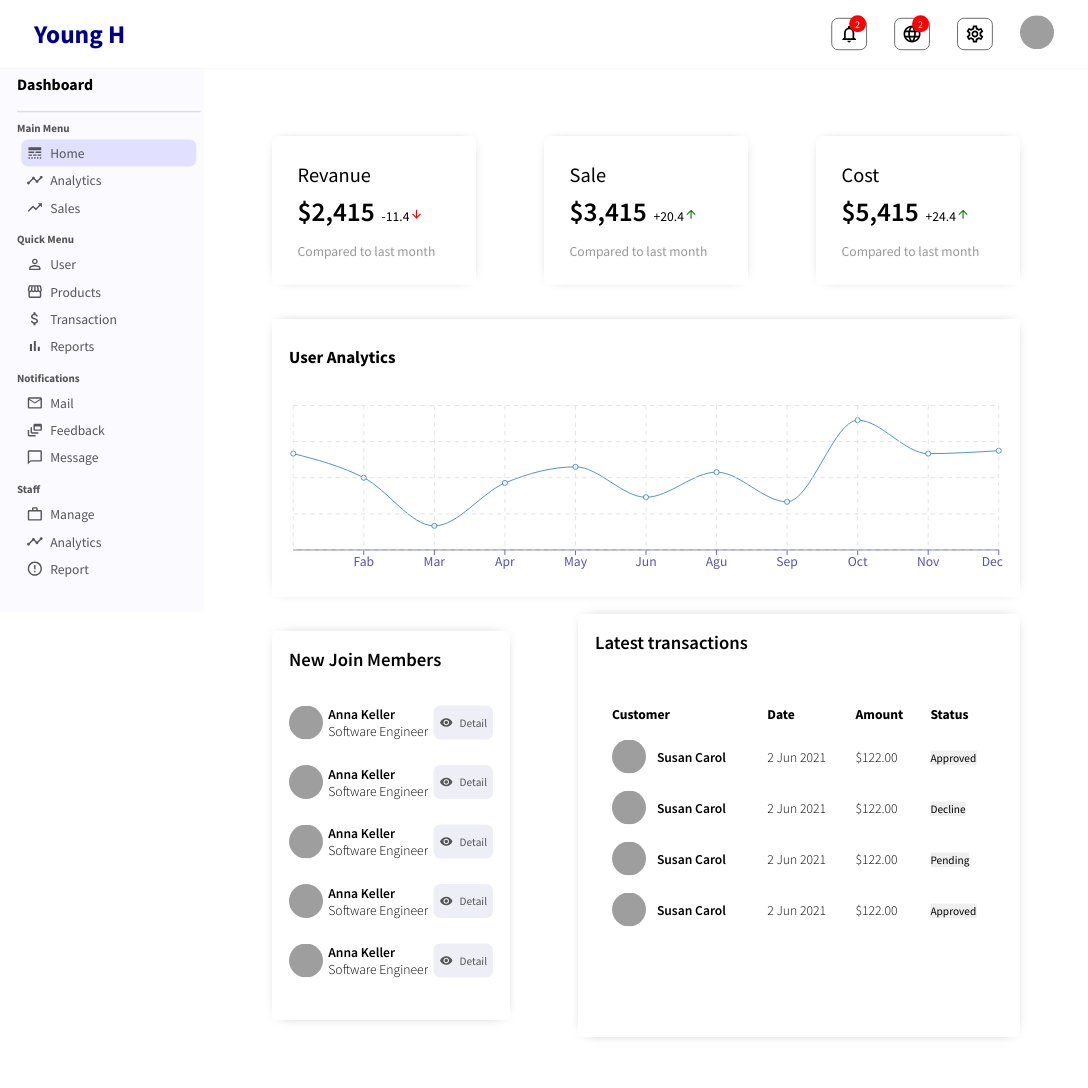
Repository: noname20011/admin
Page: /
An editor plug-in stored every save of this project. The page is shown before and after the next save, followed by the edit.
The browser window is 1280 px wide. The pictures show the whole page, at 85% of full size.
Pictures or frames that could not be fetched are drawn as grey boxes. The project was rebuilt for these pictures with package versions that can differ from the ones it lists, and the page was loaded fresh each time.

Above is the page before, as saved 2021-11-14 09:17:28.

After the next save:
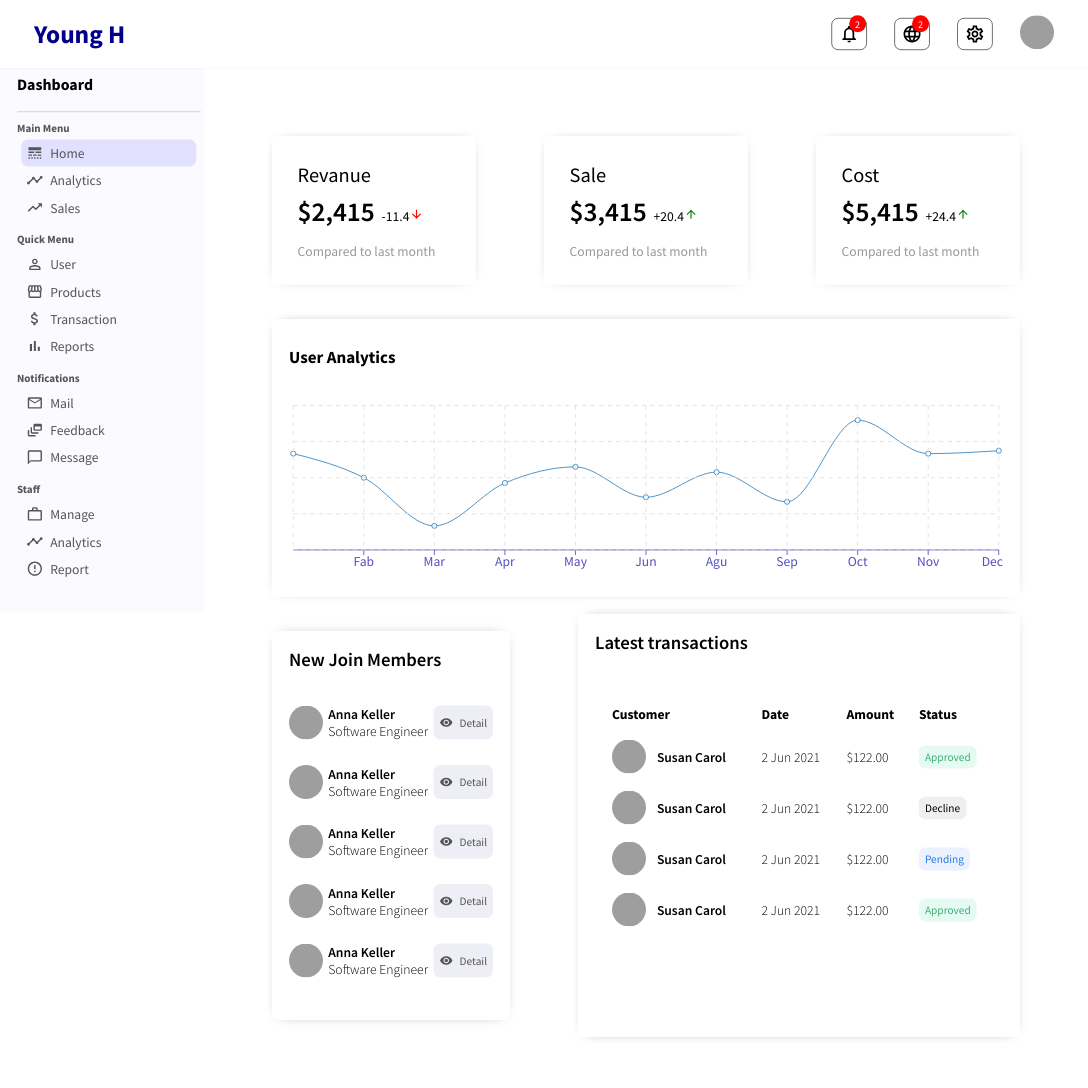
Saved 64 s later.
--- a/src/comopnents/widgetLg/WidgetLg.jsx
+++ b/src/comopnents/widgetLg/WidgetLg.jsx
@@ -4,7 +4,7 @@ export default function WidgetLg() {
 
     const Button = ({ type }) => {
         return (
-            <button className={"widgetLgBtn" + type}>{type}</button>
+            <button className={"widgetLgBtn" +" " + type}>{type}</button>
         )
     }
     return (
